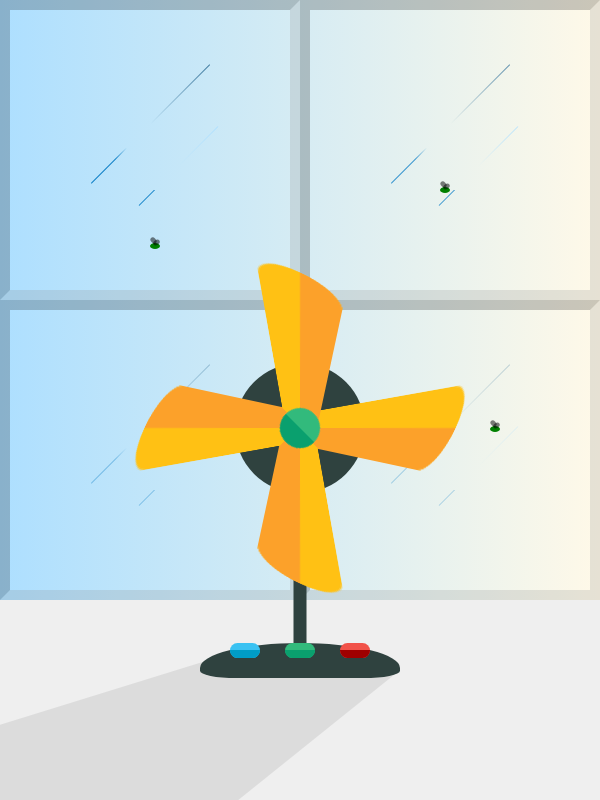
Repository: VuTuanAnh0949/CodeFan
Page: index.html
An editor plug-in stored every save of this project. The page is shown before and after the next save, followed by the edit.
The browser window is 600 px wide. The pictures show the whole page.

Above is the page before, as saved 2022-06-21 13:30:34.

### index.html
<!DOCTYPE html>
<html lang="en">
<head>
    <meta charset="UTF-8">
    <meta http-equiv="X-UA-Compatible" content="IE=edge">
    <meta name="viewport" content="width=device-width, initial-scale=1.0">
    <title>Document</title>
    <link rel="stylesheet" href="style.css">
</head>
<body>
    <div class="windows">
        <div class="window"></div>
        <div class="window"></div>
        <div class="window"></div>
        <div class="window"></div>
        <div class="window"></div>
        <div class="window"></div>
        <div class="window"></div>
        <div class="window"></div>
        <div class="window"></div>
        <div class="window"></div>
    </div>
    <div class="fan">
        <div class="fan__root"> <span class="top"> <label class="red" for="engine"></label> <label class="green"
                    for="engine2"></label> <label class="blue" for="jack"></label> </span> <span class="bottom"></span>
        </div>
        <div class="fan__staddle"></div> <input type="checkbox" id="jack" hidden />
        <div class="head">
            <div class="fan__engine"> <span class="center"></span> </div> <input type="checkbox" id="engine" hidden
                checked />
            <div> <span class="fly"></span> <span class="fly"></span> <span class="fly"></span>
                <div class="fan__blades"> <input type="checkbox" id="engine2" hidden checked />
                    <div class="fan__blades">
                        <div class="center"></div>
                        <div class="blade"><span></span></div>
                        <div class="blade"><span></span></div>
                        <div class="blade"><span></span></div>
                        <div class="blade"><span></span></div>
                    </div>
                </div>
            </div>
        </div>
    </div>

</body>
</html>

### style.css
html {
    overflow: hidden;
}

body {
    overflow: hidden;
    margin: 0;
    padding: 0;
    background: linear-gradient(90deg, #addfff, #fff9e8);
    display: flex;
    justify-content: center;
    align-items: center;
    width: 100vw;
    height: 100vh;
    position: relative;
}

body::after {
    position: absolute;
    width: 100%;
    content: "";
    height: calc(100% - 600px);
    z-index: 0;
    background: #efefef;
    bottom: 0;
}

@keyframes spin {
    from {
        transform: rotate(0deg);
    }

    to {
        transform: rotate(360deg);
    }
}

@keyframes off {
    to {
        transform: rotate(380deg);
    }
}

@keyframes off2 {
    to {
        transform: rotate(880deg);
    }
}

@keyframes fly {
    to {
        margin-top: 50px;
    }
}

span {
    display: block;
}

.windows {
    width: 100vw;
    height: 100vh;
    position: absolute;
    z-index: 0;
    top: 0;
    left: 0;
    display: flex;
    flex-wrap: wrap;
    align-content: flex-start;
}

.window {
    flex: 1 20%;
    box-sizing: border-box;
    height: 300px;
    position: relative;
    border: 10px inset rgba(51, 51, 51, 0.2);
}

.window::after {
    position: absolute;
    height: 60%;
    width: 1px;
    border-radius: 10px;
    background: linear-gradient(to top, #0f80c7 20%, transparent 30%, transparent 50%, #3f7ba0 100%);
    opacity: 1;
    z-index: 5;
    top: 30px;
    left: 50%;
    transform: rotate(45deg);
    display: block;
    content: "";
}

.window::before {
    position: absolute;
    height: 40%;
    width: 1px;
    border-radius: 10px;
    background: linear-gradient(to top, #0f80c7 20%, transparent 10%, transparent 50%, #addfff 100%);
    opacity: 1;
    z-index: 5;
    top: 100px;
    left: 60%;
    transform: rotate(45deg);
    display: block;
    content: "";
}

.window:nth-child(5n - 3)::after,
.window:nth-child(5n - 3)::before {
    opacity: 0.8 !important;
}

.window:nth-child(5n - 2)::after,
.window:nth-child(5n - 2)::before {
    opacity: 0.4 !important;
}

.window:nth-child(5n - 1)::after,
.window:nth-child(5n -1)::before {
    opacity: 0.3 !important;
}

.window:nth-child(5n)::after,
.window:nth-child(5n)::before {
    opacity: 0.2 !important;
}

.fly {
    transition: 0.5s all cubic-bezier(0.04, 0.06, 0, 1.18), 1s transform;
    width: 10px;
    height: 6px;
    background: green;
    border-radius: 50%;
    position: absolute;
    animation: fly 5s alternate infinite ease-in-out;
}

.fly:nth-of-type(1) {
    top: -78px;
    left: -200px;
}

.fly:nth-of-type(2) {
    transform: translateY(-10px);
    animation-delay: 4s;
    top: 5px;
    right: -250px;
}

.fly:nth-of-type(3) {
    transform: translateY(0px);
    top: 400px;
    animation-delay: 2s;
    right: -400px;
}

.fly::after,
.fly::before {
    content: "";
    position: absolute;
    width: 7px;
    height: 5px;
    background-color: rgba(0, 0, 0, 0.5);
    display: block;
    border-radius: 50%;
}

.fly::before {
    bottom: 4px;
    transform: rotate(325deg);
    left: 3px;
}

.fly::after {
    transform: rotate(45deg);
    bottom: 6px;
}

.fan {
    width: 500px;
    height: 500px;
    position: relative;
    z-index: 1;
    margin-top: 75px;
    perspective: 500px;
}

.fan::after {
    content: "";
    display: block;
    position: absolute;
    height: 364px;
    width: 200px;
    background: rgba(0, 0, 0, 0.08);
    top: calc(100% - 24px);
    left: calc(50% - 100px);
    z-index: -1;
    transform: rotateX(104deg) rotateY(-1deg) rotate(25deg);
    transform-origin: top;
}

.fan__root {
    width: 200px;
    position: absolute;
    bottom: 0;
    left: 50%;
    transform: translateX(-50%);
}

.fan__root .top {
    overflow: hidden;
    width: 200px;
    height: 25px;
    position: relative;
}

.fan__root .top::after {
    content: "";
    display: block;
    width: 200px;
    height: 50px;
    background: #2f423f;
    border-radius: 50%;
}

.fan__root .top .red {
    position: absolute;
    width: 30px;
    height: 15px;
    border-radius: 15px;
    display: block;
    right: 30px;
    background: #f15249;
    cursor: pointer;
    overflow: hidden;
}

.fan__root .top .green {
    position: absolute;
    width: 30px;
    height: 15px;
    border-radius: 15px;
    display: block;
    right: 85px;
    background: #32ba7c;
    cursor: pointer;
    overflow: hidden;
}

.fan__root .top .green::after {
    content: "";
    display: block;
    width: 100%;
    height: 50%;
    position: absolute;
    bottom: 0;
    background: #0aa06e;
}

.fan__root .top .red::after {
    content: "";
    display: block;
    width: 100%;
    height: 50%;
    position: absolute;
    bottom: 0;
    background: #a00000;
}

.fan__root .top .blue {
    position: absolute;
    cursor: pointer;
    width: 30px;
    height: 15px;
    border-radius: 15px;
    display: block;
    left: 30px;
    background: #3ac2f2;
    overflow: hidden;
}

.fan__root .top .blue::after {
    content: "";
    display: block;
    width: 100%;
    height: 50%;
    position: absolute;
    bottom: 0;
    background: #009cc6;
}

.fan__root .bottom {
    overflow: hidden;
    width: 200px;
    height: 20px;
}

.fan__root .bottom::after {
    content: "";
    display: block;
    width: 200px;
    height: 40px;
    background: #2f423f;
    border-radius: 18%;
    transform: translateY(-30px);
}

.fan__staddle {
    position: absolute;
    bottom: 45px;
    background: #2f423f;
    height: 270px;
    width: 13px;
    left: 50%;
    transform: translateX(-50%);
}

.fan__engine {
    position: absolute;
    bottom: 0px;
    width: 130px;
    height: 130px;
    background: #2f423f;
    border-radius: 50%;
    left: 50%;
    transform: translateX(-50%);
}

.fan__engine::after {
    content: "";
    background: #2f423f;
    display: block;
    width: 25px;
    height: 50px;
    position: absolute;
    top: 105px;
    left: 50%;
    transform: translateX(-50%);
    border-radius: 0 0 5px 5px;
}

.fan__blades {
    width: 230px;
    height: 230px;
    position: absolute;
    bottom: -50px;
    transition: 2s;
    transform-origin: center center;
    left: calc(50% - 115px);
    z-index: 1;
    animation: spin infinite 0.38s linear forwards;
}

.fan__blades .fan__blades {
    bottom: 0;
    animation: spin infinite 0.5s linear forwards;
}

.fan__blades .blade {
    position: absolute;
    width: 50px;
    height: 100%;
    left: 50%;
    transform: translateX(-50%) skewY(25deg);
    perspective: 500px;
    transform-style: preserve-3d;
}

.fan__blades .blade:nth-child(2) {
    transform: translateX(-50%) rotate(90deg) skewY(25deg);
}

.fan__blades .blade:nth-child(3) {
    transform: translateX(-50%) rotate(180deg) skewY(25deg);
}

.fan__blades .blade:nth-child(4) {
    transform: translateX(-50%) rotate(270deg) skewY(25deg);
}

.fan__blades .blade span {
    width: 100%;
    height: 200%;
    border-radius: 44px;
    background: #ffc114;
    position: absolute;
    top: -66px;
    display: block;
    transform-style: preserve-3d;
    transform: rotateX(81deg);
    overflow: hidden;
}

.fan__blades .blade span::after {
    width: 50%;
    height: 100%;
    content: "";
    display: block;
    background: #fca12a;
    transform: rotate(0deg);
}

.fan__blades .center {
    position: absolute;
    overflow: hidden;
    width: 40px;
    height: 40px;
    border-radius: 50%;
    left: 50%;
    top: 50%;
    transform: translate(-50%, -50%) rotate(45deg);
    background: #32ba7c;
    z-index: 2;
}

.fan__blades .center::after {
    display: block;
    content: "";
    width: 40px;
    height: 20px;
    background: #0aa06e;
}

.head {
    transition: 1s transform;
    height: auto;
    width: auto;
    position: absolute;
    width: 300px;
    height: 300px;
    bottom: 195px;
    left: calc(50% - 150px);
    /* transform: translateX(-50%); */
}

#engine:checked+div>div {
    animation: off2 1s ease-out forwards;
}

#engine:checked+div>span:nth-child(1) {
    transition: 5s all ease-in-out, 1s transform;
    left: 0px;
    top: 0px;
}

#engine:checked+div>span:nth-child(2) {
    transition: 5s all ease-in-out, 1s transform;
    right: 0px;
    top: 0px;
}

#engine:checked+div>span:nth-child(3) {
    transition: 7s all ease-in-out, 1s transform;
    right: -50px;
    top: 200px;
}

#engine2:checked+div {
    animation: off 1s ease-out forwards;
}

#jack:checked+div {
    transform: translateY(-115px);
}

#jack:checked+div>div:nth-child(3)>span {
    transform: translateY(115px);
}

@media screen and (max-width: 900px) {
    .window {
        flex: 1 25% !important;
    }
}

@media screen and (max-width: 800px) {
    .window {
        flex: 1 33.3333333% !important;
    }
}

@media screen and (max-width: 700px) {
    .window {
        flex: 1 50% !important;
    }
}

After the next save:
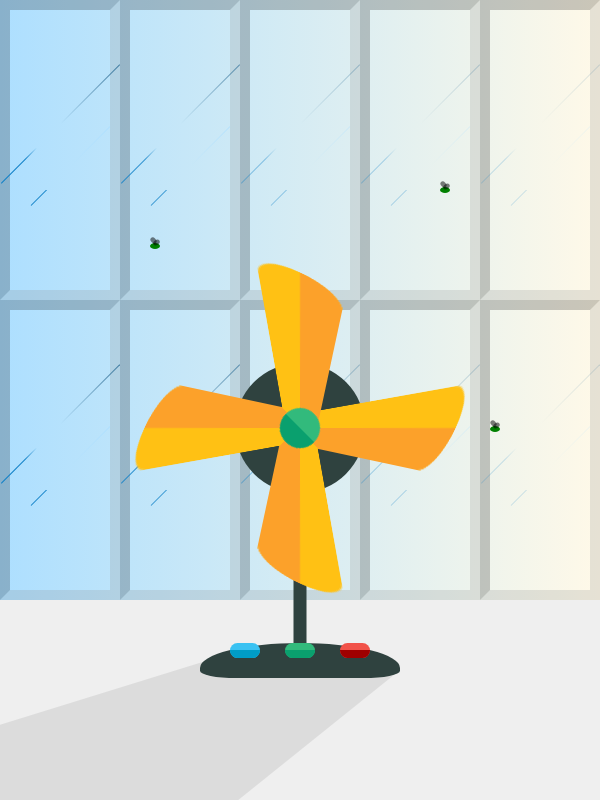
Saved 23 s later.
--- a/style.css
+++ b/style.css
@@ -468,21 +468,3 @@ span {
 #jack:checked+div>div:nth-child(3)>span {
     transform: translateY(115px);
 }
-
-@media screen and (max-width: 900px) {
-    .window {
-        flex: 1 25% !important;
-    }
-}
-
-@media screen and (max-width: 800px) {
-    .window {
-        flex: 1 33.3333333% !important;
-    }
-}
-
-@media screen and (max-width: 700px) {
-    .window {
-        flex: 1 50% !important;
-    }
-}
